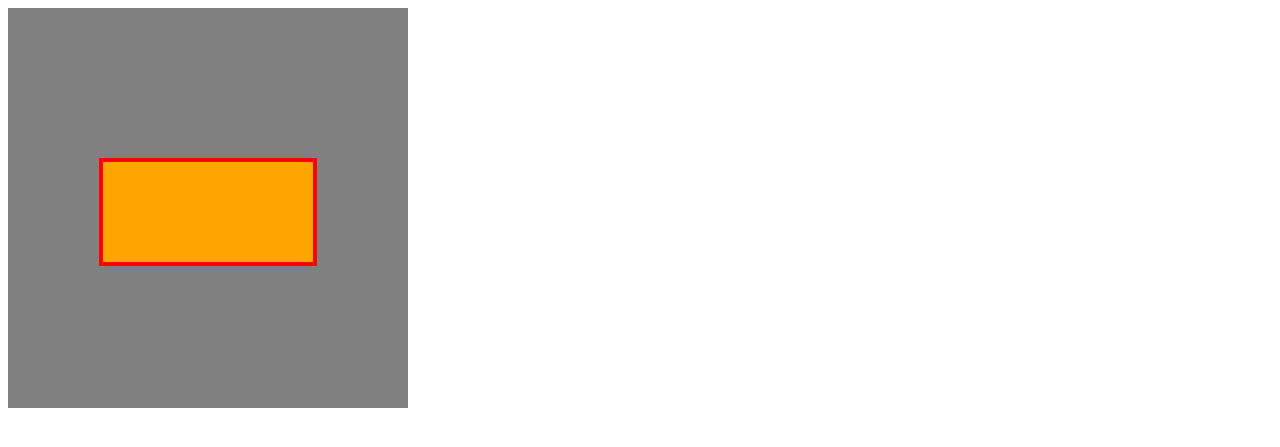
Repository: 123648923/html5-css3
Page: css/15 盒子模型/16 布局小技巧.html
The author's editor kept a copy of each file at every save. The page is drawn from the files as they stood at one save, then again after the next save.
The browser window is 1280 px wide. The pictures show the whole page.

Above is the page before, as saved 2023-11-07 14:19:15.

After the next save:
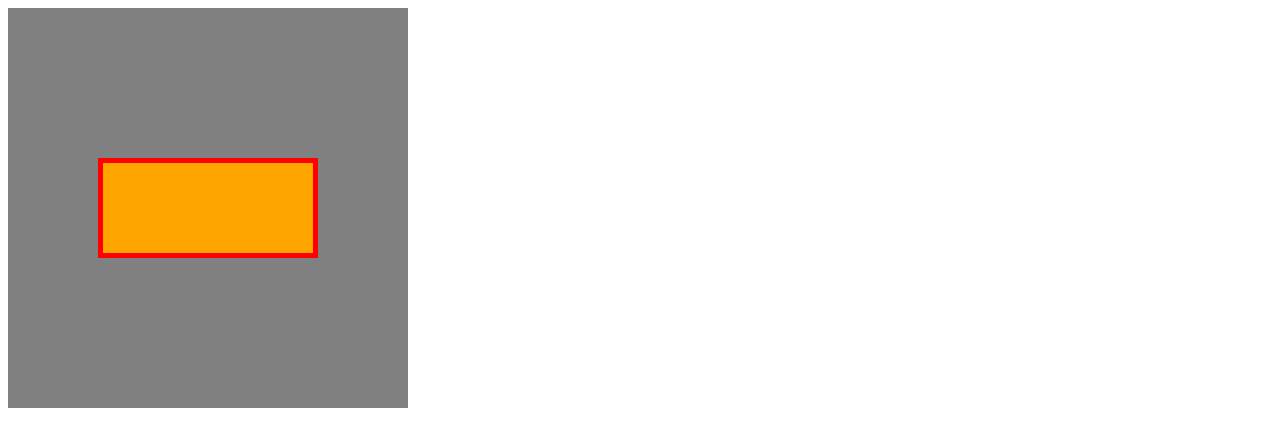
Saved 1 s later.
--- a/css/15 盒子模型/16 布局小技巧.html
+++ b/css/15 盒子模型/16 布局小技巧.html
@@ -14,9 +14,9 @@
 
         .inner {
             width: 200px;
-            height: 90px;
+            height: 80px;
             padding: 5px;
-            border: 4px solid red;
+            border: 5px solid red;
             background-color: orange;
             margin: 0px auto;
             margin-top: 150px;
